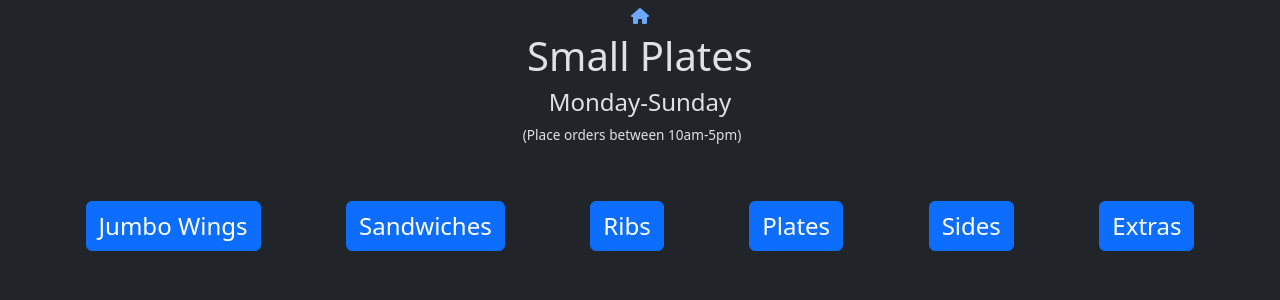
Repository: dukedward/smokehousemenu
Page: plates/index.html
The author's editor kept a copy of each file at every save. The page is drawn from the files as they stood at one save, then again after the next save.
The browser window is 1280 px wide. The pictures show the whole page.
Some web libraries are served in a nearby version.

Above is the page before, as saved 2023-03-09 10:35:39.

### plates/index.html
<!DOCTYPE html>
<html lang="en" data-bs-theme="dark">
<head>
    <meta charset="UTF-8">
    <meta http-equiv="X-UA-Compatible" content="IE=edge">
    <meta name="viewport" content="width=device-width, initial-scale=1.0">
    <link rel="stylesheet" href="https://cdnjs.cloudflare.com/ajax/libs/font-awesome/6.3.0/css/all.min.css" integrity="sha512-SzlrxWUlpfuzQ+pcUCosxcglQRNAq/DZjVsC0lE40xsADsfeQoEypE+enwcOiGjk/bSuGGKHEyjSoQ1zVisanQ==" crossorigin="anonymous" referrerpolicy="no-referrer" />
    <link href="https://cdn.jsdelivr.net/npm/bootstrap@5.3.0-alpha1/dist/css/bootstrap.min.css" rel="stylesheet" integrity="sha384-GLhlTQ8iRABdZLl6O3oVMWSktQOp6b7In1Zl3/Jr59b6EGGoI1aFkw7cmDA6j6gD" crossorigin="anonymous">
    <link rel="stylesheet" href="../style.css" />
    <link rel="shortcut icon" href="../images/favicon.ico" type="image/x-icon">
    <title>Small Plates</title>
</head>
<body>
    <div class="title">
        <a href="/">
            <i class="fa-solid fa-house mt-2 mb-2"></i>
        </a>
        <h1>Small Plates</h1>
        <h4>Monday-Sunday</h4>
        <p>(Place orders between 10am-5pm)</p>
    </div>
    <div class="food-nav">
        <button class="btn btn-primary btnReal">
            <span>Jumbo Wings</span>
        </button>
        <button class="btn btn-primary btnReal">
            <span>Sandwiches</span>
        </button>
        <button class="btn btn-primary btnReal">
            <span>Ribs</span>
        </button>
        <button class="btn btn-primary btnReal">
            <span>Plates</span>
        </button>
        <button class="btn btn-primary btnReal">
            <span>Sides</span>
        </button>
        <button class="btn btn-primary btnReal">
            <span>Extras</span>
        </button>
    </div>
    <div class="sections"></div>
    <script src="https://cdn.jsdelivr.net/npm/bootstrap@5.3.0-alpha1/dist/js/bootstrap.bundle.min.js" integrity="sha384-w76AqPfDkMBDXo30jS1Sgez6pr3x5MlQ1ZAGC+nuZB+EYdgRZgiwxhTBTkF7CXvN" crossorigin="anonymous"></script>
    <script src="../script.js"></script>
</body>
</html>

### style.css
.container {
    height: 100vh;
}

.title {
	display: flex;
	flex-direction: column;
	justify-content: center;
	align-items: center;
}

.sections {
	display: grid;
}

.sect, .sub-sect {
	display: flex;
	flex-direction: column;
	justify-content: left;
	align-items: center;
	margin-top: 1rem;
}

.sect h2,h3 {
    margin-bottom: 0;
}

.desc {
    display: flex;
    flex-direction: row;
    justify-content: space-between;
}

.desc p,.title p {
    padding-right: 1rem;
    font-size: .85rem;
}

.realistic {
    display: flex;
    flex-wrap: wrap;
    justify-content: space-evenly;
    align-items: center;
    height: 100vh;
    margin: 0;
}

.title {
	display: flex;
	flex-direction: column;
	justify-content: center;
	align-items: center;
}

.food-nav {
    width: 100%;
    padding: 0;
    margin: 40px auto 10px auto;
    display: flex;
    flex-flow: row wrap;
    justify-content: space-evenly;
    align-items: center;
}

/* .btnReal {
    position: relative;
    width: 7em;
    height: 7em;
    border-radius: 10px;
    outline: none;
    border: 4px #090909 solid;
    background: linear-gradient(
        145deg, #171717, #444245
    );
    box-shadow: inset 2px 2px 0px #7d7c7e,
    inset -2px -2px 0px #1c1c1c;
    color: #a6a6a6;
    padding: .5rem 1rem;
} */

.btnReal span {
    font-size: 1.5em;
}

/* .btnReal::before {
    content: "";
    position: absolute;
    top: 50%;
    left: 50%;
    transform: translate(-50%, -50%);
    border-radius: inherit;
    background: linear-gradient(
        145deg, #262626, #606060
    );
    width: 7.25em;
    height: 7.25em;
    width: 100%;
    height: 100%;
    box-shadow: 11px 11px 22px #141414,
        -11px -11px 22px #525252;
    z-index: -1;
} */

.button-clicked {
    background: linear-gradient(
        -185deg, #131313, #444245
    );
    box-shadow: inset -2px -2px 0px #5e5e5e,
        inset 2px 2px 0px #1c1c1c;
}

.icon-clicked {
    color: #fff;
    text-shadow: 0px 0px 15px #008ece;
}

.sections {
	display: grid;
}

.sect, .sub-sect {
	display: flex;
	flex-direction: column;
	justify-content: left;
	align-items: center;
	margin-top: 1rem;
}

.sect h2,h3 {
    margin-bottom: 0;
}

.desc {
    display: flex;
    flex-direction: row;
    justify-content: space-between;
}

.desc p,.title p {
    padding-right: 1rem;
    font-size: .85rem;
}

@media screen and (max-width: 767px) {
    .food-nav {
        flex-direction: column;
        margin-top: 15px;
    }

    .btnReal {
        width: 100%;
    }
}

### script.js
// Select all buttons
const btns = document.querySelectorAll('.btnReal');
const sections = document.querySelector('.sections')

// Event listener
btns.forEach(btn => {
    btn.addEventListener('click', e => {
        btns.forEach(btn => {
            btn.classList.remove('button-clicked');
            btn.firstElementChild.classList.remove('icon-clicked')
        })
        let btnName = btn.firstElementChild.innerHTML
        // console.log(btnName);
        btn.classList.add('button-clicked');
        btn.firstElementChild.classList.add('icon-clicked')
        removeAllChildNodes(sections)
        fetch(`https://backend4theforkofit.herokuapp.com/api/categories/name/${btnName}`)
        .then(function(res){
            return res.json()
        })
        .then(function (data) {
            category = data
            // console.log(category);
            const catID = category._id;
            // console.log(catID);
            // create a new div element
            const lineBreak = document.createElement("hr");
            const newDiv = document.createElement("div");
            newDiv.className = "sect";
            // and give it some content
            // Section Title
            const newSectTitle = document.createElement("h2");
            // console.log(category.name);
            newSectTitle.innerHTML = category.name;
            // Section Description
            const catDesc = category.description
            // console.log(catDesc.length);
            const newDesc = document.createElement("div");
            newDesc.className = "desc";
            catDesc.forEach( des => {
                const newDescText = document.createElement("p");
                newDescText.innerHTML = des.text;
                // console.log(des.text);
                newDesc.appendChild(newDescText);
            })
            newDiv.appendChild(newSectTitle)
            newDiv.appendChild(newDesc)
            // console.log(category.hasSubSection);
            if (category.hasSubSection === true) {
                fetch(`https://backend4theforkofit.herokuapp.com/api/subCategories/category/${catID}`)
                .then( res => res.json())
                .then( data => {
                    subCategories = data
                    // console.log(subCategories);
                    subCategories.forEach( subCat => {
                        const subCatID = subCat._id
                        // console.log(subCatID);
                        // Sub Section
                        const newSubSect = document.createElement('div');
                        newSubSect.className = 'sub-sect';
                        // Sub Section Title
                        const newSubSectTitle = document.createElement('h4');
                        newSubSectTitle.innerHTML = subCat.name;
                        // Sub Section Description
                        const newSubSectDesc = document.createElement('div');
                        newSubSectDesc.className = 'desc';
                        const subCatDes = subCat.description
                        subCatDes.forEach( subDes => {
                            const newSubSectDescText = document.createElement('p')
                            newSubSectDescText.innerHTML = subDes.text
                            newSubSectDesc.appendChild(newSubSectDescText);
                        })
                        // Sub Section List
                        const newSubSectList = document.createElement('ul')
                        fetch(`https://backend4theforkofit.herokuapp.com/api/products/subCategory/${subCatID}`)
                        .then( res => res.json() )
                        .then( data => {
                            products = data
                            // console.log(products);
                            products.forEach( product => {
                                const newSubSectListItem = document.createElement('li');
                                // console.log(product.name);
                                newSubSectListItem.innerHTML = product.name;
                                newSubSectList.appendChild(newSubSectListItem);
                            })
                        })
                        newSubSect.appendChild(newSubSectTitle)
                        newSubSect.appendChild(newSubSectDesc)
                        newSubSect.appendChild(newSubSectList)
                        newDiv.appendChild(newSubSect)
                    })
                })
            } else {
                const newSectList = document.createElement('ul')
                fetch(`https://backend4theforkofit.herokuapp.com/api/products/category/${catID}`)
                .then( res => res.json() )
                .then( data => {
                    products = data
                    // console.log(products);
                    products.forEach( product => {
                        const newSectListItem = document.createElement('li');
                        // console.log(product.name);
                        newSectListItem.innerHTML = product.name;
                        newSectList.appendChild(newSectListItem);
                    })
                })
                newDiv.appendChild(newSectList)
            }
            sections.appendChild(lineBreak);
            sections.appendChild(newDiv);
        });
    })
});

function removeAllChildNodes(parent) {
    while (parent.firstChild) {
        parent.removeChild(parent.firstChild);
    }
}

After the next save:
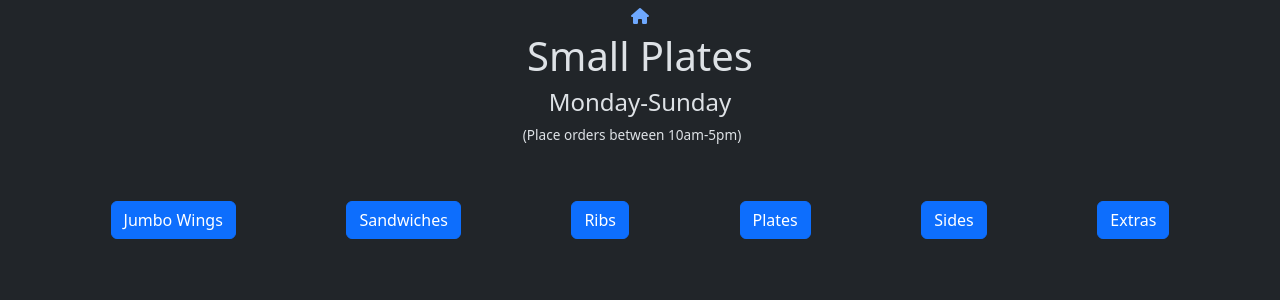
Saved 10 s later.
--- a/style.css
+++ b/style.css
@@ -78,9 +78,9 @@
     padding: .5rem 1rem;
 } */
 
-.btnReal span {
+/* .btnReal span {
     font-size: 1.5em;
-}
+} */
 
 /* .btnReal::before {
     content: "";

After the save that followed:
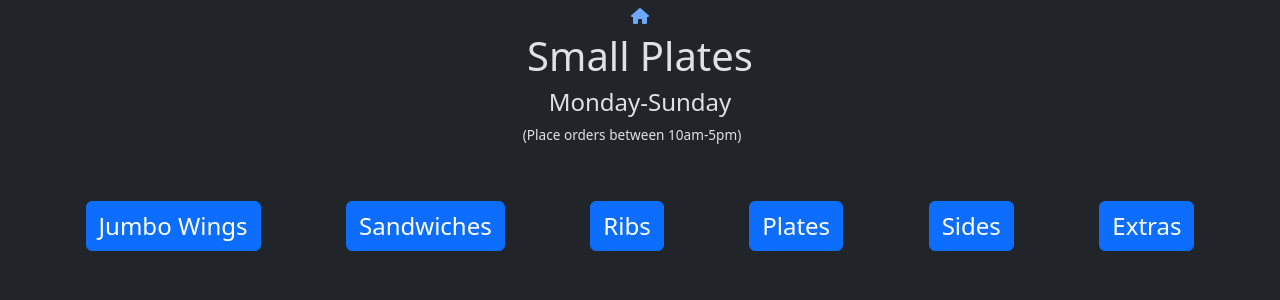
Saved 5 s later.
--- a/style.css
+++ b/style.css
@@ -78,9 +78,9 @@
     padding: .5rem 1rem;
 } */
 
-/* .btnReal span {
+.btnReal span {
     font-size: 1.5em;
-} */
+}
 
 /* .btnReal::before {
     content: "";
